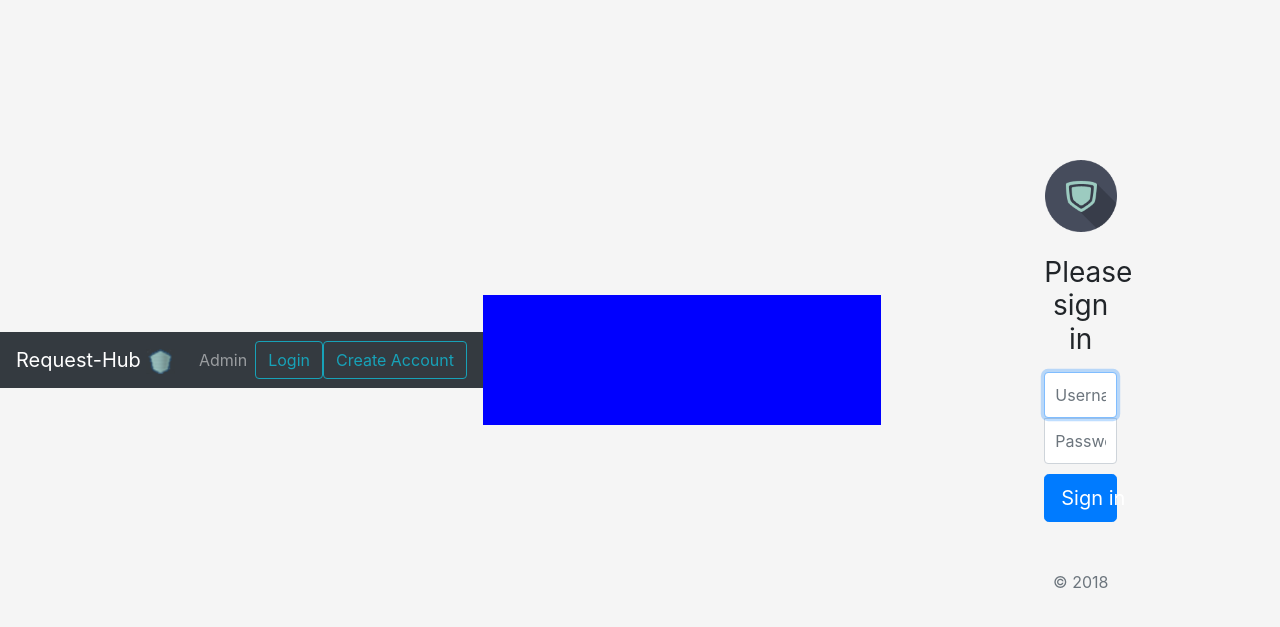
Repository: DonWhelan/Request-Hub
Page: http://localhost/view/userLogin.php
The author's editor kept a record of every edit. The page is drawn from the files as they stood at one moment, then again after the next edit.
The browser window is 1280 px wide. The pictures show the whole page.
The page is run by PHP 8.4 with error messages shown; the project is at /var/www/html/.

Above is the page before.

### view/userLogin.php
<?php
    include('../model/connectionStrings.php');
    //include('../controler/sessionManagment/session.php');
    session_start();
?>
<html lang="en">

<head>
    <meta charset="utf-8">
    <meta name="viewport" content="width=device-width, initial-scale=1, shrink-to-fit=no">
    <?php include("../includes/pageIncludes/head-1.php");?>

    <!-- Bootstrap core CSS -->
    <link href="../style/bootstrap-4.0.0-dist/css/bootstrap.min.css" rel="stylesheet">

    <!-- Custom styles for this template -->
    <link href="signin.css" rel="stylesheet">
</head>

<body class="text-center">

    <?php
		include("../includes/pageIncludes/TopNav.php");
	?>

    <div class="container">
        <div class="row">
            <div class="col-sm-12" style="height:130px; background:blue">
            </div>
        </div>
    </div>

    <div class="container">
        <div id="messageBox" class="col-md-10" style="height:50px">
                <?php include("../controler/messageBox.php"); ?>
            </div>
        <div class="row">
            <div class="col-sm-4">
            </div>
            <div class="col-sm-4">
                <form action="../controler/indexLoginVal.php" method="post" name="Login_Form" class="form-signin">
                    <img class="mb-4" src="../assets/img/icons/services-1.png" alt="" width="72" height="72">
                    <h1 class="h3 mb-3 font-weight-normal">Please sign in</h1>
                    <input type="text" class="form-control" name="username" placeholder="Username" required="" autofocus="" />
                    <input type="password" class="form-control" name="password" placeholder="Password" required="" />
                    <button class="btn btn-lg btn-primary btn-block" type="submit" value="Login">Sign in</button>
                    <p class="mt-5 mb-3 text-muted">&copy; 2018</p>
                </form>
            </div>
        </div>
    </div>

</body>

</html>

### includes/pageIncludes/head-1.php
    <meta charset="utf-8">
    <meta http-equiv="X-UA-Compatible" content="IE=edge">
    <meta name="viewport" content="width=device-width, initial-scale=1">
    <title>Request Hub</title>

    <!-- CSS -->
    <link rel="stylesheet" href="../assets/fonts/fonts.css">
    <link rel="stylesheet" href="../style/bootstrap-4.0.0-dist/css/bootstrap.min.css">
    <link rel="icon" type="image/png" href="../images/favicon-32x32.png"  />

### includes/pageIncludes/TopNav.php
<!--navbar-->
    <nav class="navbar navbar-expand-lg navbar-dark bg-dark">
        <a class="navbar-brand" href="../index.php">Request-Hub <img src="../images/icon.png" alt="" style="height:25px"></a>
        <button class="navbar-toggler" type="button" data-toggle="collapse" data-target="#navbarTogglerDemo02" aria-controls="navbarTogglerDemo02" aria-expanded="false" aria-label="Toggle navigation">
            <span class="navbar-toggler-icon"></span>
        </button>
        <div class="collapse navbar-collapse" id="navbarTogglerDemo02">
            <ul class="navbar-nav mr-auto mt-2 mt-lg-0">
                <li class="nav-item">
                    <a class="nav-link" href="#">Admin</a>
                </li>
            </ul>
                <?php if(!isset($_SESSION['user'])){?>
                <a href="../view/userLogin.php"><button class="btn btn-outline-info my-sm-0" type="submit">Login</button></a>
                <a href="../view/userRegister.php"><button class="btn btn-outline-info my-sm-0" type="submit">Create Account</button></a>
                <?php }else{ ?>
                <a href="../controler/logout.php"><button class="btn btn-outline-info my-sm-0" type="submit">Log out</button></a>
                <?php } ?>
        </div>
    </nav>

### controler/messageBox.php
<?php
    if(isset($_GET["message"])){
        if($_GET["message"]=="success"){
        echo " <div class='alert alert-success text-center'>
         Team Saved <span><i class='fa fa-thumbs-up f-s-15'></i></span>
         </div>";
        }
        if($_GET["message"]=="ErrorT"){
        echo " <div class='alert alert-danger text-center'>
         Error setting up team <span><i class='fa fa-poo f-s-15'></i></span>
         </div>";
        }
        if($_GET["message"]=="incorrect"){
        echo " <div class='alert alert-warning text-center'>
         Incorrect details <span><i class='fa fa-poo f-s-15'></i></span>
         </div>";
        }
        if($_GET["message"]=="char"){
        echo " <div class='alert alert-warning text-center'>
         Some charicters input cannot be used<span><i class='fa fa-poo f-s-15'></i></span>
         </div>";
        }
        if($_GET["message"]=="error"){
        echo " <div class='alert alert-danger text-center'>
         A error has occured <span><i class='fa fa-poo f-s-15'></i></span>
         </div>";
        }
        if($_GET["message"]=="username"){
        echo " <div class='alert alert-info text-center'>
        That username is already taken<span><i class='fa fa-poo f-s-15'></i></span>
         </div>";
        }
        if($_GET["message"]=="reqSucess"){
        echo " <div class='alert alert-info text-center'>
        That username is already taken<span><i class='fa fa-poo f-s-15'></i></span>
         </div>";
        }
        if($_GET["message"]=="pwmatch"){
        echo " <div class='alert alert-info text-center'>
        Passwords did not Match<span><i class='fa fa-poo f-s-15'></i></span>
         </div>";
        }
        if($_GET["message"]=="userAdded"){
        echo " <div class='alert alert-success text-center'>
        New User Added <span><i class='fa fa-poo f-s-15'></i></span>
         </div>";
        }
        if($_GET["message"]=="updated"){
        echo " <div class='alert alert-success text-center'>
        User Updated <span><i class='fa fa-poo f-s-15'></i></span>
         </div>";
        }
        if($_GET["message"]=="cusadd"){
        echo " <div class='alert alert-success text-center'>
        Customer Added <span><i class='fa fa-poo f-s-15'></i></span>
         </div>";
        }

    }
?>

### assets/fonts/fonts.css
/* Generated by Font Squirrel (http://www.fontsquirrel.com) on May 16, 2014 */



@font-face {
    font-family: 'signikabold';
    src: url('signika-bold-webfont.eot');
    src: url('signika-bold-webfont.eot?#iefix') format('embedded-opentype'),
         url('signika-bold-webfont.woff') format('woff'),
         url('signika-bold-webfont.ttf') format('truetype'),
         url('signika-bold-webfont.svg#signikabold') format('svg');
    font-weight: normal;
    font-style: normal;

}




@font-face {
    font-family: 'signikalight';
    src: url('signika-light-webfont.eot');
    src: url('signika-light-webfont.eot?#iefix') format('embedded-opentype'),
         url('signika-light-webfont.woff') format('woff'),
         url('signika-light-webfont.ttf') format('truetype'),
         url('signika-light-webfont.svg#signikalight') format('svg');
    font-weight: normal;
    font-style: normal;

}




@font-face {
    font-family: 'signikaregular';
    src: url('signika-regular-webfont.eot');
    src: url('signika-regular-webfont.eot?#iefix') format('embedded-opentype'),
         url('signika-regular-webfont.woff') format('woff'),
         url('signika-regular-webfont.ttf') format('truetype'),
         url('signika-regular-webfont.svg#signikaregular') format('svg');
    font-weight: normal;
    font-style: normal;

}




@font-face {
    font-family: 'signikasemibold';
    src: url('signika-semibold-webfont.eot');
    src: url('signika-semibold-webfont.eot?#iefix') format('embedded-opentype'),
         url('signika-semibold-webfont.woff') format('woff'),
         url('signika-semibold-webfont.ttf') format('truetype'),
         url('signika-semibold-webfont.svg#signikasemibold') format('svg');
    font-weight: normal;
    font-style: normal;

}

### assets/css/signIn.css
html,
body {
  height: 100%;
}

body {
  display: -ms-flexbox;
  display: -webkit-box;
  display: flex;
  -ms-flex-align: center;
  -ms-flex-pack: center;
  -webkit-box-align: center;
  align-items: center;
  -webkit-box-pack: center;
  justify-content: center;
  padding-top: 40px;
  padding-bottom: 40px;
  background-color: #f5f5f5;
}

.form-signin {
  width: 100%;
  max-width: 330px;
  padding: 15px;
  margin: 0 auto;
}
.form-signin .checkbox {
  font-weight: 400;
}
.form-signin .form-control {
  position: relative;
  box-sizing: border-box;
  height: auto;
  padding: 10px;
  font-size: 16px;
}
.form-signin .form-control:focus {
  z-index: 2;
}
.form-signin input[type="email"] {
  margin-bottom: -1px;
  border-bottom-right-radius: 0;
  border-bottom-left-radius: 0;
}
.form-signin input[type="password"] {
  margin-bottom: 10px;
  border-top-left-radius: 0;
  border-top-right-radius: 0;
}

Loaded but not shown: style/bootstrap-4.0.0-dist/css/bootstrap.min.css (library); model/connectionStrings.php (677 lines, source omitted)

After the next edit:
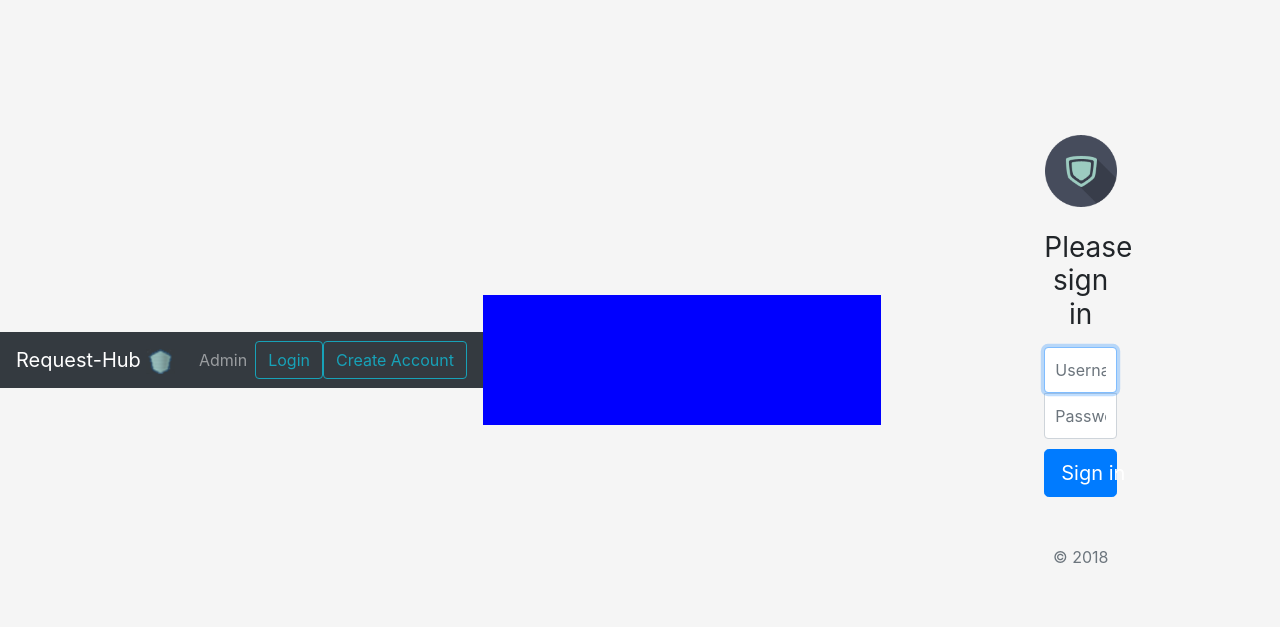
The edit:
--- a/view/userLogin.php
+++ b/view/userLogin.php
@@ -31,9 +31,6 @@
     </div>
 
     <div class="container">
-        <div id="messageBox" class="col-md-10" style="height:50px">
-                <?php include("../controler/messageBox.php"); ?>
-            </div>
         <div class="row">
             <div class="col-sm-4">
             </div>
